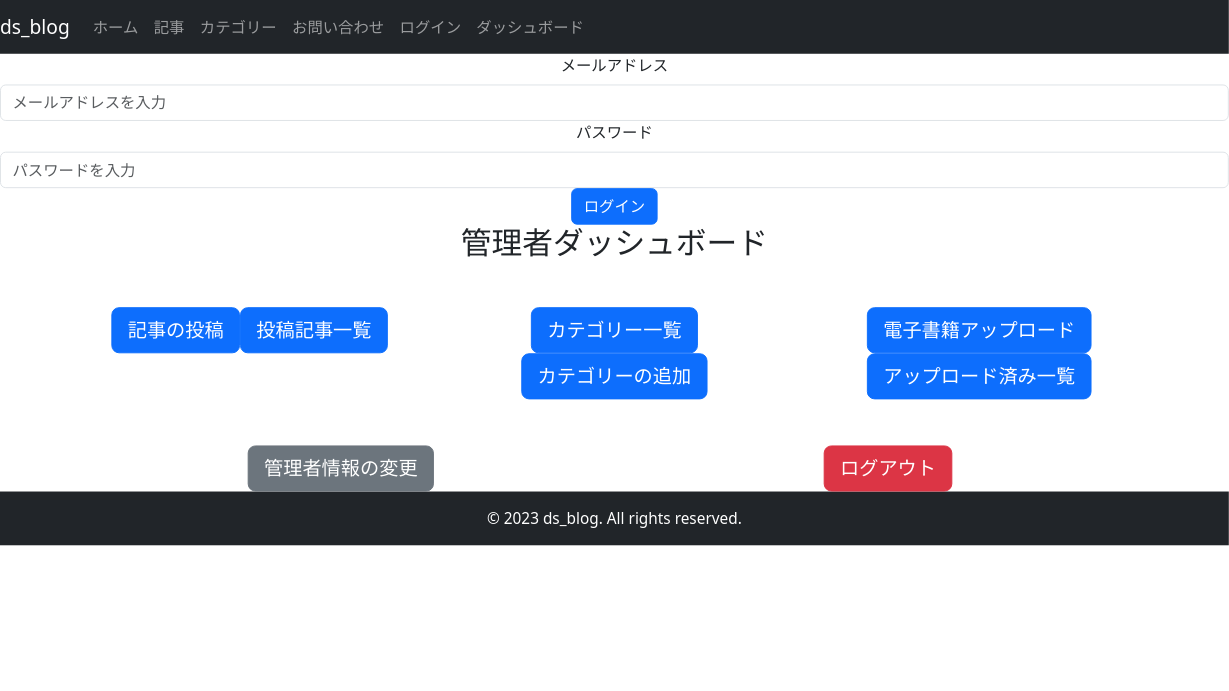
Repository: a-yama100/ds_blog
Page: / (app in frontend/)
An editor plug-in stored every save of this project. The page is shown before and after the next save, followed by the edit.
The browser window is 1280 px wide. The pictures show the whole page, at 96% of full size.
The page's requests for data from a server got no answer. The project was rebuilt for these pictures with package versions that can differ from the ones it lists, and the page was loaded fresh each time. No one was signed in, and anything a server would have sent is missing.

Above is the page before, as saved 2023-10-03 06:32:01.

After the next save:
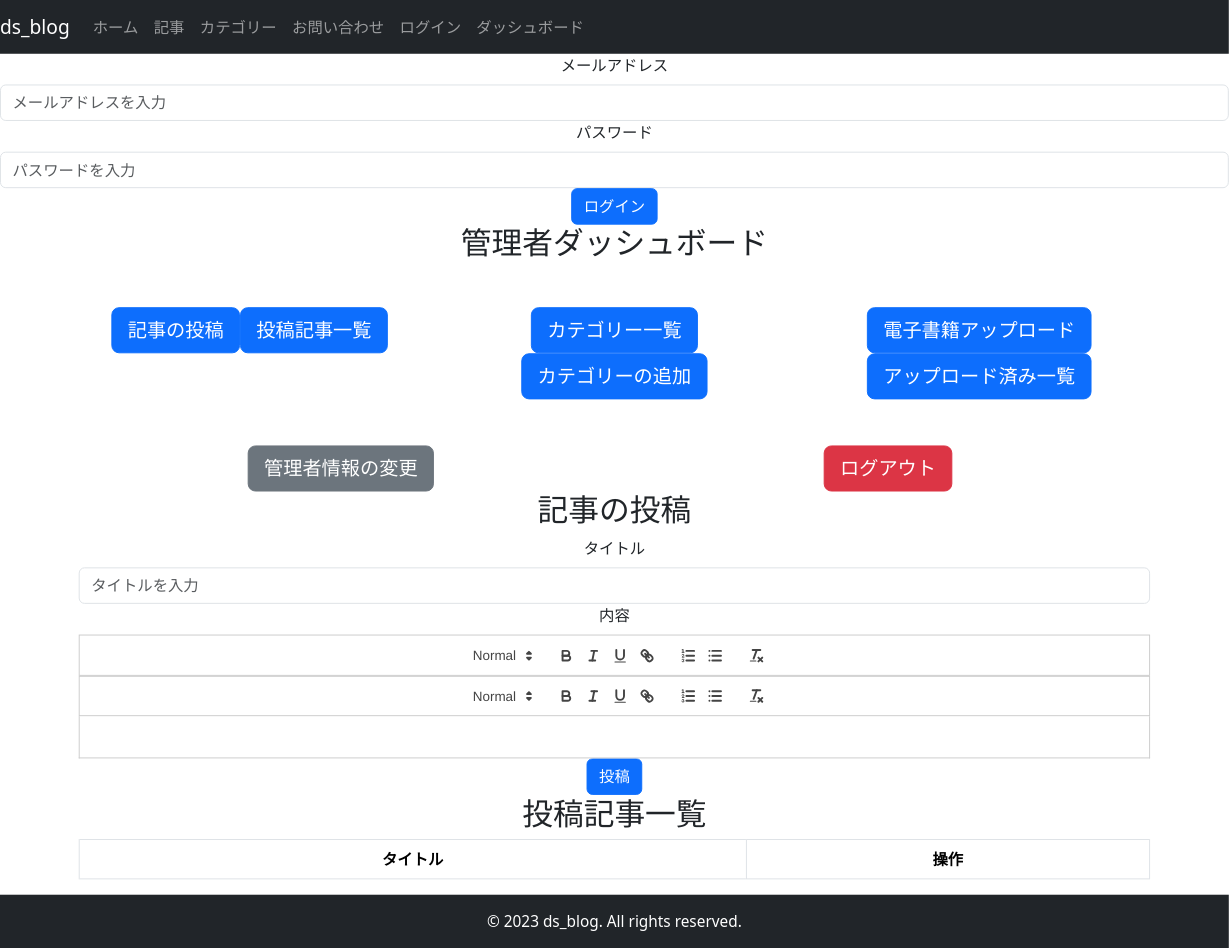
Saved 33 s later.
--- a/frontend/src/App.js
+++ b/frontend/src/App.js
@@ -6,6 +6,8 @@
 import Footer from './components/Footer';
 import Login from './components/Login';
 import Dashboard from './components/Dashboard';
+import ArticleCreate from './components/ArticleCreate';
+import ArticleList from './components/ArticleList';
 
 function App() {
   return (
@@ -13,6 +15,8 @@
       <Header />
       <Login />
       <Dashboard />
+      <ArticleCreate />
+      <ArticleList />
       <Footer />
     </div>
   );
